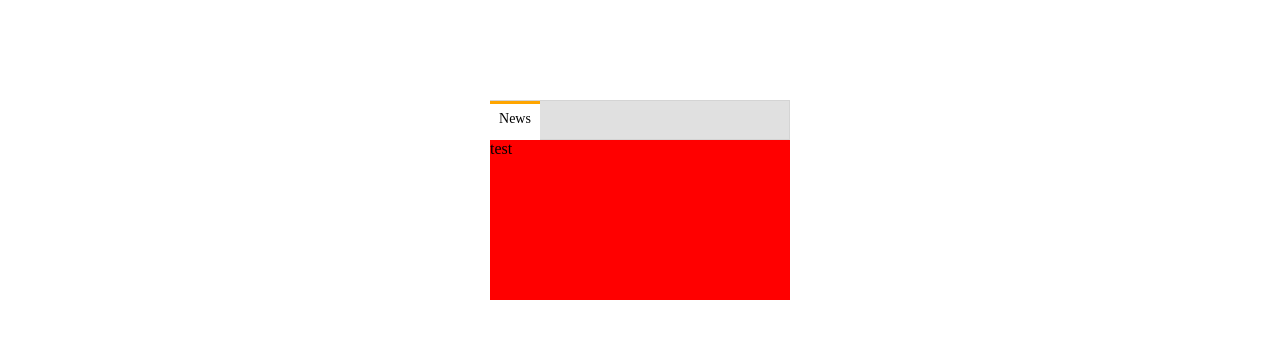
Repository: 2077Alex/Frond_End_Practice
Page: day05/00-课堂作业/20-综合案例二-新闻列表/p.html
The author's editor kept a copy of each file at every save. The page is drawn from the files as they stood at one save, then again after a run of saves.
The browser window is 1280 px wide. The pictures show the whole page.

Above is the page before, as saved 2024-06-05 19:20:28.

After the next 4 saves:
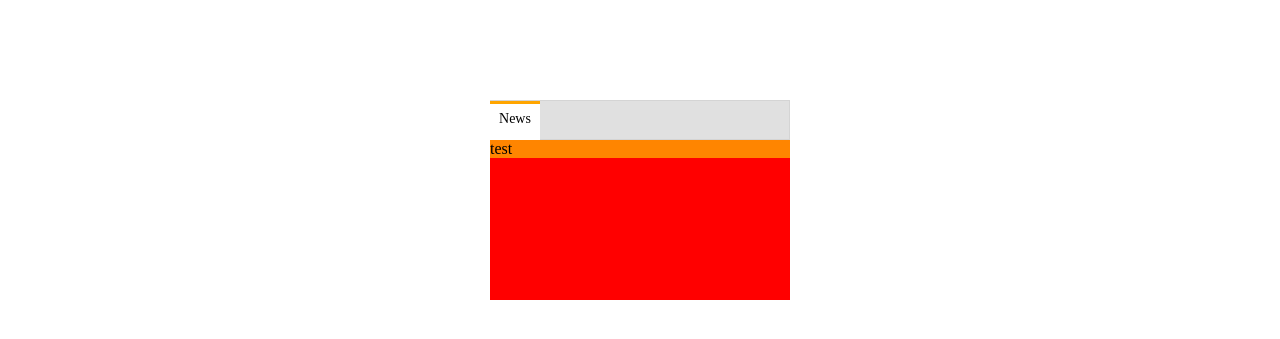
The 4 saves are shown as one change because they came seconds apart.
The last was saved 9 s later.
--- a/day05/00-课堂作业/20-综合案例二-新闻列表/p.html
+++ b/day05/00-课堂作业/20-综合案例二-新闻列表/p.html
@@ -46,7 +46,7 @@
 
         }
         .bdBox ul li{
-
+            background-image: url(./images/square.png);
         }
     </style>
 </head>

After the 2 saves that followed:
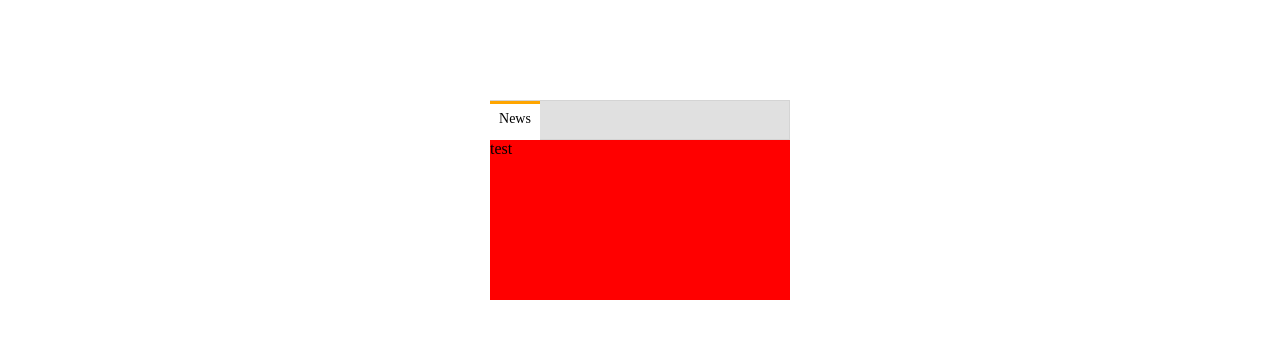
The 2 saves are shown as one change because they came seconds apart.
The last was saved 22 s later.
--- a/day05/00-课堂作业/20-综合案例二-新闻列表/p.html
+++ b/day05/00-课堂作业/20-综合案例二-新闻列表/p.html
@@ -46,7 +46,7 @@
 
         }
         .bdBox ul li{
-            background-image: url(./images/square.png);
+            background-image: url(./images/square.png) no-repeat;
         }
     </style>
 </head>
